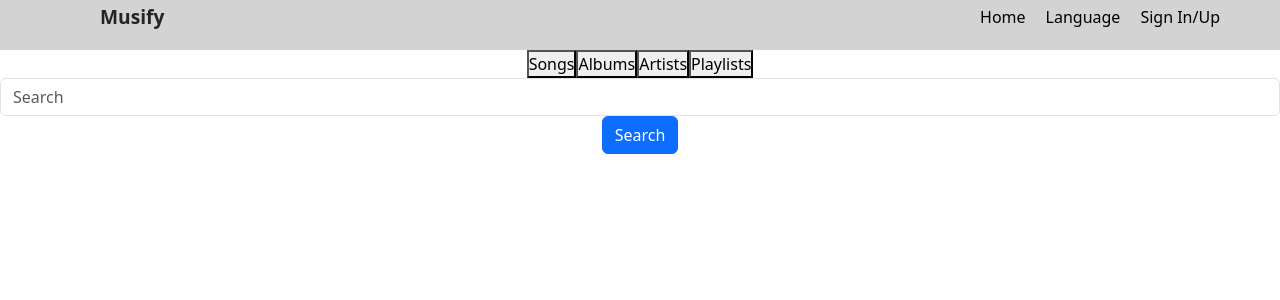
Repository: yuqiant/musify
Page: /home (app in musify/)
An editor plug-in stored every save of this project. The page is shown before and after the next save, followed by the edit.
The browser window is 1280 px wide. The pictures show the whole page.
The project was rebuilt for these pictures with package versions that can differ from the ones it lists, and the page was loaded fresh each time. Also part of the build but not shown: musify/src/search/index.js.

Above is the page before, as saved 2023-12-07 23:24:18.

### musify/src/index.js
import React from 'react';
import ReactDOM from 'react-dom/client';
import { BrowserRouter as Router } from 'react-router-dom'; // Import BrowserRouter

import './index.css';
import App from './App';
import Home from './home';
import reportWebVitals from './reportWebVitals';

const root = ReactDOM.createRoot(document.getElementById('root'));
root.render(

  <React.StrictMode>
    <Router><App /></Router>

  </React.StrictMode>
);

// If you want to start measuring performance in your app, pass a function
// to log results (for example: reportWebVitals(console.log))
// or send to an analytics endpoint. Learn more: https://bit.ly/CRA-vitals
reportWebVitals();

### musify/src/App.js
import logo from './logo.svg';
import 'bootstrap/dist/css/bootstrap.min.css';
import './App.css';
import Navbar from './navbar';
import Home from './home';
import SearchResults from './search';

function App() {
  return (
    <div>
      <Navbar />
      <Home />
      {/* <SearchResults /> */}
    </div>
  );

}

export default App;

### musify/src/home/index.js
// import React, { useState } from 'react';
// import axios from "axios";
// import 'bootstrap/dist/css/bootstrap.min.css';
// import './index.css';

// function Home() {
//     const [searchTerm, setSearchTerm] = useState('');
//     const [searchType, setSearchType] = useState('Songs');
//     const URL = "http://localhost:4000/api/songs";

//     const handleSearchChange = (event) => {
//         setSearchTerm(event.target.value);
//     };

//     const handleSearchSubmit = async (event) => {
//         event.preventDefault();
//         console.log('Search Term:', searchTerm);
//         console.log('Search Type:', searchType);
//         try {
//             // Make the API call
//             const response = await axios.post(URL, {
//                 searchTerm: searchTerm,
//                 searchType: searchType
//             });

//             const data = response.data;

//             // Do something with the search results
//             // For example, set them in the state and then map over that state to render components
//             console.log(data);
//         } catch (error) {
//             // Handle errors, for example, by setting an error message in your state and displaying it
//             // Axios wraps the response error in the 'response' object
//             if (error.response) {
//                 console.error('Error response:', error.response);
//             } else if (error.request) {
//                 console.error('Error request:', error.request);
//             } else {
//                 console.error('Error message:', error.message);
//             }
//         }
//     };

//     const handleSearchTypeChange = (type) => {
//         setSearchType(type);
//     };

//     return (
//         <div className="App">
//             <div className="playlist-section">
//                 <br /><br />
//                 <h2 className="playlist-heading">Make your Playlist</h2>
//                 <br /><br />
//                 <div className="search-types">
//                     {['Songs', 'Albums', 'Artists', 'Playlists'].map((type) => (
//                         <button
//                             key={type}
//                             className={`search-type-button ${searchType === type ? 'active' : ''}`}
//                             onClick={() => handleSearchTypeChange(type)}
//                         >
//                             {type}
//                         </button>
//                     ))}
//                     <br /><br />
//                 </div>
//                 <div className="search-container">
//                     <form onSubmit={handleSearchSubmit} className="form-inline">
//                         <input
//                             type="text"
//                             className="form-control search-bar mb-2 mr-sm-2"
//                             placeholder="Search for songs, artists, albums, playlists"
//                             value={searchTerm}
//                             onChange={handleSearchChange} />
//                         <button type="submit" className="btn btn-primary mb-2">Search</button>
//                     </form>
//                 </div>
//             </div>
//         </div>
//     );
// }

// export default Home;



// import React, { useState, useEffect } from 'react';
// import axios from 'axios';
// import { useLocation, useHistory } from 'react-router-dom'; // still needed for reading the current location
// import 'bootstrap/dist/css/bootstrap.min.css';
// import './index.css';

// function Home() {
//     const [searchTerm, setSearchTerm] = useState('');
//     const [searchResults, setSearchResults] = useState([]);
//     const location = useLocation(); // to read the current query parameters
//     // const URL = "http://localhost:4000";
//     useEffect(() => {
//         // Extract search criteria from URL query parameters
//         const queryParams = new URLSearchParams(location.search);
//         const query = queryParams.get('criteria');
//         if (query) {
//             performSearch(query);
//         }
//     }, [location.search]);

//     const handleSearchChange = (event) => {
//         setSearchTerm(event.target.value);
//     };

//     const performSearch = async (query) => {
//         const REMOTE_API_URL = "http://localhost:4000/search"; // replace with the actual remote API URL
//         try {
//             const response = await axios.get(`${REMOTE_API_URL}?query=${query}`);
//             setSearchResults(response.data.results); // Assuming the response has a 'results' field
//         } catch (error) {
//             console.error('Search error:', error);
//         }
//     };

//     const handleSearchSubmit = (event) => {
//         event.preventDefault();
//         performSearch(searchTerm);
//         window.history.pushState({}, '', `/search?criteria=${searchTerm}`); // Update URL without using history object
//     };

//     const renderSearchResults = () => {
//         return searchResults.map((result, index) => (
//             <div key={index} className="search-result-item">
//                 <img src={result.thumbnail} alt={result.title} />
//                 <h3>{result.title}</h3>
//                 <p>{result.description}</p>
//                 {/* Link to details page */}
//                 <a href={`/details/${result.id}`}>View Details</a>
//             </div>
//         ));
//     };

//     return (
//         <div className="App">
//             <div className="search-section">
//                 <form onSubmit={handleSearchSubmit} className="form-inline">
//                     <input
//                         type="text"
//                         className="form-control search-bar"
//                         placeholder="Search"
//                         value={searchTerm}
//                         onChange={handleSearchChange} />
//                     <button type="submit" className="btn btn-primary">Search</button>
//                 </form>

//                 <div className="search-results">
//                     {renderSearchResults()}
//                 </div>
//             </div>
//         </div>
//     );
// }

// export default Home;


// doeesnt work but api changed
import React, { useState, useEffect } from 'react';
import axios from 'axios';
import { useLocation, useNavigate } from 'react-router-dom';
import 'bootstrap/dist/css/bootstrap.min.css';
import './index.css';

function Home() {
    const [searchTerm, setSearchTerm] = useState('');
    const [searchType, setSearchType] = useState('Songs'); // New state for search type
    const [searchResults, setSearchResults] = useState([]);
    const location = useLocation();
    const REMOTE_API_URL = "http://localhost:4000/search";
    const navigate = useNavigate();

    useEffect(() => {
        const queryParams = new URLSearchParams(location.search);
        const query = queryParams.get('criteria');
        if (query) {
            performSearch(query);
        }
    }, [location.search]);

    const handleSearchChange = (event) => {
        setSearchTerm(event.target.value);
    };

    const handleSearchTypeChange = (type) => {
        setSearchType(type); // Update the search type
    };

    const performSearch = async (query) => {
        try {
            // const response = await axios.get(`${REMOTE_API_URL}?query=${query}&type=${searchType}`);
            // console.log(response)
            // setSearchResults(response.data.results || []);
            // // setSearchResults(response.data || []);

            const url = `${REMOTE_API_URL}?query=${query}&type=${searchType}`;
            console.log("Requesting:", url); // 调试输出
            const response = await axios.get(url);
            // console.log("Response data:", response.data); // 查看实际返回的数据
            // setSearchResults(response.data.results || []);
            // setSearchResults([response.data]);
            if (Array.isArray(response.data)) {
                setSearchResults(response.data);
                console.log("Response data:", response.data);
            } else {
                // 如果不是数组，将其作为数组的单个元素
                setSearchResults([response.data]);
            }

        } catch (error) {
            console.error('Search error:', error);
            setSearchResults([]);
        }
    };

    const handleSearchSubmit = (event) => {
        event.preventDefault();
        performSearch(searchTerm);
        // window.history.pushState({}, '', `/search?criteria=${searchTerm}`);
        navigate(`/search?criteria=${searchTerm}&type=${searchType}`);
    };

    const renderSearchResults = () => {
        console.log("in render", searchResults);
        return searchResults.map((result, index) => (
            <div key={index} className="search-result-item">
                {/* <img src={result.thumbnail} alt={result.title} /> */}
                <h3>{result.songName}</h3>
                <p>{result.albumName}</p>
                <a href={`/details/${result.id}`}>View Details</a>
            </div>
        ));
    };

    useEffect(() => {
        console.log("Updated search results:", searchResults);
    }, [searchResults]);





    return (
        <div className="App">
            <div className="search-section">
                <div className="search-types">
                    {['Songs', 'Albums', 'Artists', 'Playlists'].map((type) => (
                        <button
                            key={type}
                            className={`search-type-button ${searchType === type ? 'active' : ''}`}
                            onClick={() => handleSearchTypeChange(type)}
                        >
                            {type}
                        </button>
                    ))}
                </div>
                <form onSubmit={handleSearchSubmit} className="form-inline">
                    <input
                        type="text"
                        className="form-control search-bar"
                        placeholder="Search"
                        value={searchTerm}
                        onChange={handleSearchChange} />
                    <button type="submit" className="btn btn-primary">Search</button>
                </form>
                <div className="search-results">
                    {renderSearchResults()}
                    {/* {performSearch} */}
                </div>
            </div>
        </div>
    );
}

export default Home;

### musify/src/navbar/index.js

import React from 'react';
// import { NavLink } from 'react-router-dom';
import './index.css';
const Navbar = () => {
    return (
        <nav className="wd-navigation">
            {/* <div className="nav-container"> */}

            {/* <NavLink exact to="/" className="nav-logo">
                    Recipe Roulette
                </NavLink> */}
            <p className="bold-left-align">Musify</p>

            {/* 导航链接 */}
            <ul className="menu">
                <li className="list-group-item">
                    {/* <NavLink exact to="/" activeClassName="active"> */}
                    Home
                    {/* </NavLink> */}
                </li>
                <li className="list-group-item">
                    {/* <NavLink to="/language" activeClassName="active"> */}
                    Language
                    {/* </NavLink> */}
                </li>
                <li className="list-group-item">
                    {/* <NavLink to="/signin" activeClassName="active"> */}
                    Sign In/Up
                    {/* </NavLink> */}
                </li>
            </ul>
            {/* </div> */}
        </nav>
    );
};

export default Navbar;

### musify/src/home/index.css
/* Reset margin and padding to remove default browser styling */
* {
    margin: 0;
    padding: 0;
    box-sizing: border-box;
}

/* General App styling */
.App {
    text-align: center;
}

/* Navigation bar styling */
.App-nav {
    display: flex;
    justify-content: space-between;
    align-items: left;
    background-color: #282c34;
    padding: 1rem;
    color: white;
}

.App-nav h1 {
    font-size: 1.5rem;
}

.App-nav a {
    color: white;
    text-decoration: none;
    margin-left: 1rem;
}

.App-nav a:hover {
    text-decoration: underline;
}

/* Header and content styling */
.App-header {
    color: white;
    padding-top: 60px;
    /* Adjust this value as needed */
}

.App-logo {
    height: 40vmin;
    pointer-events: none;
}

.App-link {
    color: #61dafb;
}

.App-link:hover {
    color: #39a9db;
}

### musify/src/navbar/index.css
.wd-navigation {
    background-color: lightgray;
    list-style: none;
    padding: 0;
    margin: 0;
    width: 100%;
    /* Full width */
    display: flex;
    /* Align items in a row */
    justify-content: space-between;
    align-items: center;
    /* Even spacing */
    height: 50px;
}

.wd-navigation .list-group-item {
    display: inline-block;
    /* Make list items inline */
    border-radius: 0;
    color: black;
    /* Optional: removes border-radius */
}

.wd-navigation .menu {
    padding-right: 50px;
}

.wd-navigation a {
    padding: 10px;
    margin-bottom: 0;
    /* Adjust for horizontal layout */
    font-size: 0.8em;
    text-align: center;
    background-color: black;
    border: none;
    display: block;
    /* Ensure proper alignment */
    color: white;
    /* Text color */
    text-decoration: none;
}

.wd-navigation a.active {
    background-color: white;
    color: red;
}

.wd-icon,
.wd-navigation a i {
    color: red;
    font-size: 2em;
    margin-bottom: 0;
    /* Adjust for horizontal layout */
}

.list-group-item {
    color: white;
    /* Set default text color to white */
    padding: 5px 10px;
}

.list-group-item.active {
    background-color: black;
    color: red;
}

/* Responsive adjustments (if needed) */
@media (max-width: 600px) {
    .wd-navigation a {
        padding: 5px;
        font-size: 0.6em;
    }
}

.bold-left-align {
    font-weight: bold;
    text-align: left;

    padding-left: 100px;
    font-size: 1.2em;
}

Loaded but not shown: musify/public/index.html (common file); musify/src/index.css (common file); musify/src/reportWebVitals.js (common file); musify/src/App.css (common file)

After the next save:
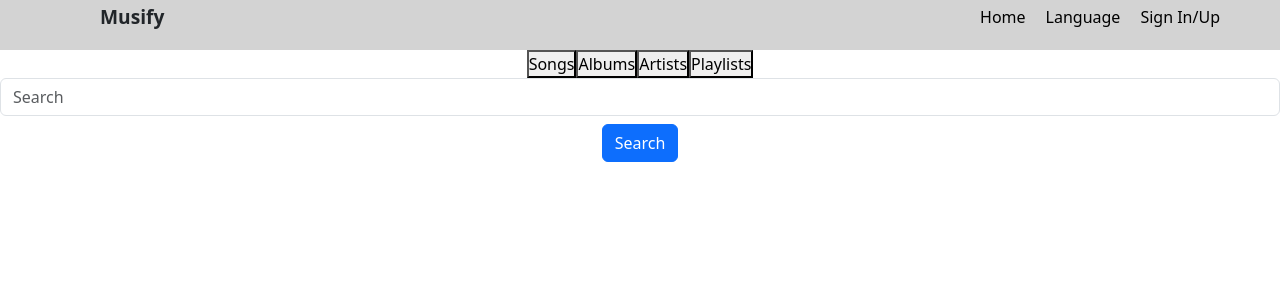
Saved 7 min 25 s later.
--- a/musify/src/home/index.js
+++ b/musify/src/home/index.js
@@ -261,7 +261,8 @@ function Home() {
                 <form onSubmit={handleSearchSubmit} className="form-inline">
                     <input
                         type="text"
-                        className="form-control search-bar"
+                        // className="form-control search-bar"
+                        className="form-control search-bar mb-2 mr-sm-2"
                         placeholder="Search"
                         value={searchTerm}
                         onChange={handleSearchChange} />
